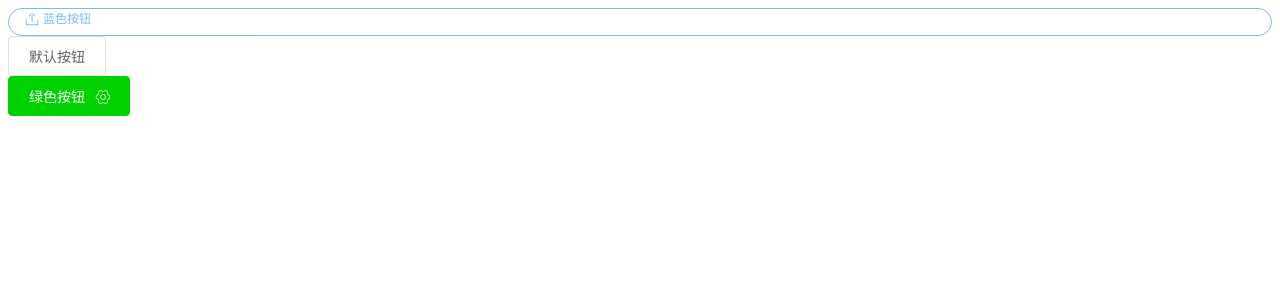
Repository: Cherry-pan/component-packing
Page: /
The author's editor kept a copy of each file at every save. The page is drawn from the files as they stood at one save, then again after the next save.
The browser window is 1280 px wide. The pictures show the whole page.
The project was rebuilt for these pictures with package versions that can differ from the ones it lists, and the page was loaded fresh each time. Also part of the build but not shown: vue.config.js.

Above is the page before, as saved 2022-04-30 16:03:32.

### index.html
<!DOCTYPE html>
<html>
  <head>
    <meta charset="utf-8">
    <meta name="viewport" content="width=device-width,initial-scale=1.0">
    <title>component-packing</title>
  </head>
  <body>
    <div id="app"></div>
    <!-- built files will be auto injected -->
  </body>
</html>

### src/main.js
// The Vue build version to load with the `import` command
// (runtime-only or standalone) has been set in webpack.base.conf with an alias.
import Vue from 'vue'
import App from './App'
import router from './router'

Vue.config.productionTip = false
// 引入icon css样式
import "./styles/icon/iconfont.css"
/* eslint-disable no-new */
new Vue({
  el: '#app',
  router,
  components: { App },
  template: '<App/>'
})

### src/styles/icon/iconfont.css
@font-face {
  font-family: "iconfont"; /* Project id 3369880 */
  src:url('iconfont.ttf?t=1651303504252') format('truetype');
}

.iconfont {
  font-family: "iconfont" !important;
  font-size: 16px;
  font-style: normal;
  -webkit-font-smoothing: antialiased;
  -moz-osx-font-smoothing: grayscale;
}

.icon-shezhi:before {
  content: "\e64b";
}

.icon-shangchuan:before {
  content: "\e600";
}

### src/components/Home.vue
<template>
  <div>
    <AButton
      type="primary"
      border
      round
      disabled
      size="mini"
      minWidth="160px"
      prefix="shangchuan"
      block
    >
      蓝色按钮
    </AButton>
    <AButton>
      默认按钮
    </AButton>
    <AButton type="success" suffix="shezhi">
      绿色按钮
    </AButton>
  </div>
</template>

<script>
export default {
  name: "Home",
  components: {
    AButton: () => import("@/components/button/Button.vue")
  },

  data() {
    return {};
  }
};
</script>

<!-- Add "scoped" attribute to limit CSS to this component only -->
<style scoped></style>

### src/components/button/Button.vue
<template>
  <div>
    <button
      :class="[theme, isBorder, isRound, specifications,blockCss]"
      :disabled="disabled"
      class="a-button"
      :style="[minWidthCss]"
    >
      <span>
        <i
          v-if="iconPrefix"
          class="iconfont icon-prefix"
          :class="iconPrefix"
        ></i>
        <slot></slot>
        <i
          v-if="iconSuffix"
          class="iconfont icon-suffix"
          :class="iconSuffix"
        ></i>
      </span>
    </button>
  </div>
</template>

<script>
export default {
  name: "Button",
  props: {
    //   类型
    type: {
      type: String,
      default: ""
    },
    // 边框
    border: Boolean, //默认是false
    // 圆角
    round: Boolean,
    // 是否禁用
    disabled: Boolean,
    size: {
      type: String,
      default: ""
    },
    minWidth: {
      type: String,
      default: ""
    },
    prefix: {
      type: String,
      default: ""
    },
    suffix: {
      type: String,
      default: ""
    },
    block:Boolean
  },
  computed: {
    // 监听变化
    theme() {
      console.log(this.type);
      // 如果有值，返回
      return this.type ? `a-button-${this.type}` : "";
    },
    isBorder() {
      return this.border ? "is-border" : "";
    },
    isRound() {
      return this.round ? "is-round" : "";
    },
    specifications() {
      return this.size ? `a-button-${this.size}` : "";
    },
    minWidthCss() {
      // 如果没有值，返回空，有值拼接css样式
      if (!this.minWidth) {
        return "";
      }
      return { "min-width": this.minWidth };
    },
    iconPrefix() {
      return this.prefix ? `icon-${this.prefix}` : "";
    },
    iconSuffix() {
      return this.suffix ? `icon-${this.suffix}` : "";
    },
    blockCss(){
        return this.block ? "a-button-block":""
    }
  },
  data() {
    return {};
  },

  mounted() {},

  methods: {}
};
</script>

<style lang="scss" scoped>
.a-button {
  padding: 0 20px 0 20px;
  border-width: 1px;
  border-color: #dcdfe6;
  border-style: solid;
  border-radius: 4px;
  background-color: white;
  font-size: 14px;
  color: #606266;
  height: 40px;
  + .a-button {
    margin-left: 14px;
  }
  > span {
    display: flex;
    align-items: center;
    justify-content: center;
  }
  i {
    width: 14px;
    height: 14px;
  }
  .icon-prefix {
    margin-right: 10px;
  }
  .icon-suffix {
    margin-left: 10px;
  }
}
// 禁用 透明度
.a-button[disabled] {
  opacity: 0.7;
  // 鼠标变成禁用
  cursor: not-allowed;
}
.a-button-primary {
  border-color: #409eff;
  background-color: #409eff;
  color: white;
  &.is-border {
    background-color: transparent;
    color: #409eff;
  }
}
.a-button-success {
  border-color: #00d100;
  background-color: #00d100;
  color: white;
  &.is-border {
    background-color: transparent;
    color: #00d100;
  }
}
.a-button-warning {
  border-color: #e6a23c;
  background-color: #e6a23c;
  color: white;
  &.is-border {
    background-color: transparent;
    color: #e6a23c;
  }
}
.a-button-danger {
  border-color: #f56c6c;
  background-color: #f56c6c;
  color: white;
  &.is-border {
    background-color: transparent;
    color: #f56c6c;
  }
}
// 圆角
.is-round {
  border-radius: 100px;
}
// 尺寸
.a-button-medium {
  height: 36px;
}
.a-button-small {
  height: 32px;
  font-size: 12px;
  padding: 0 15px 0 15px;
  .icon-prefix {
    margin-right: 5px;
  }
  .icon-suffix {
    margin-left: 5px;
  }
}
.a-button-mini {
  height: 28px;
  font-size: 12px;
  padding: 0 15px 0 15px;
  .icon-prefix {
    margin-right: 5px;
  }
  .icon-suffix {
    margin-left: 5px;
  }
}
.a-button-block{
    display: flex;
    width: 100%;
}
</style>

Loaded but not shown: src/App.vue (common file); src/router/index.js (common file)

After the next save:
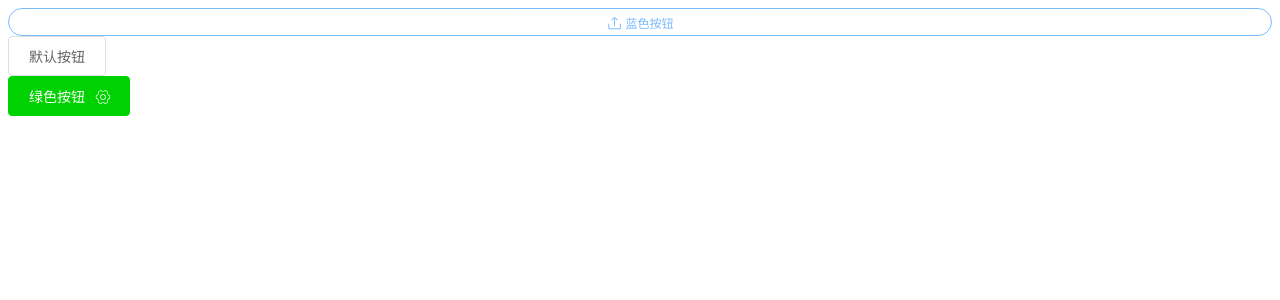
Saved 35 s later.
--- a/src/components/button/Button.vue
+++ b/src/components/button/Button.vue
@@ -202,7 +202,7 @@ export default {
   }
 }
 .a-button-block{
-    display: flex;
+    display: block;
     width: 100%;
 }
 </style>
